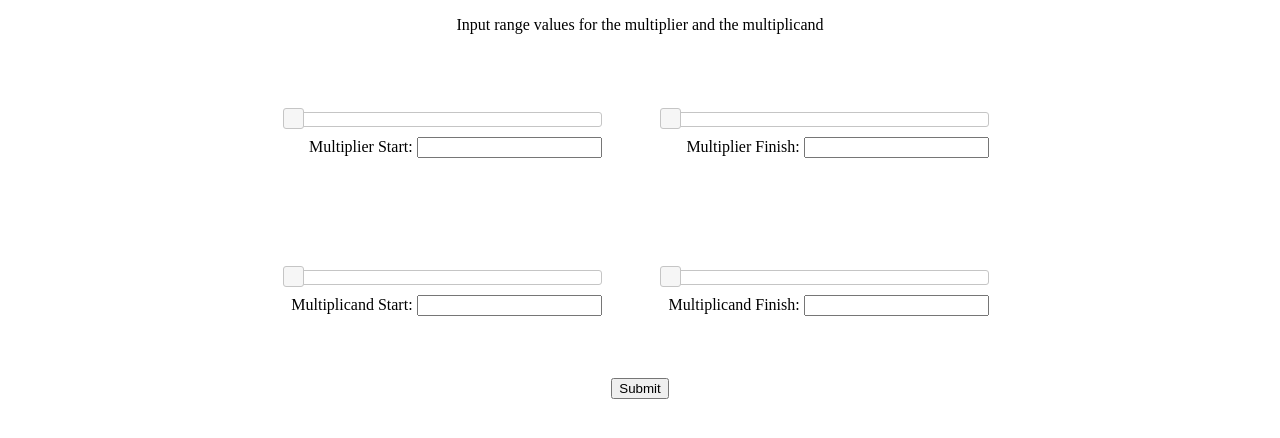
Repository: khrasna/HW4Part2
Page: index.html
The author's editor kept a copy of each file at every save. The page is drawn from the files as they stood at one save, then again after the next save.
The browser window is 1280 px wide. The pictures show the whole page.
Some web libraries are served in a nearby version.

Above is the page before, as saved 2021-11-13 16:28:03.

### index.html
<!-- HTML file for Assignment 3
By Karsten Hrasna  email Karsten_Hrasna@student.uml.edu-->
<!DOCTYPE html>
<html>

<head>
    <title>Multiplication Table</title>
    <link rel="stylesheet" href="style.css">
    <script src="https://ajax.googleapis.com/ajax/libs/jquery/3.5.1/jquery.min.js"></script>
    <script src="dist/jquery.validate.min.js"></script>
    <script src="formvalidate.js"></script>
    <script src="https://ajax.googleapis.com/ajax/libs/jqueryui/1.11.4/jquery-ui.min.js"></script>
    <link rel="stylesheet" href="https://ajax.googleapis.com/ajax/libs/jqueryui/1.11.4/themes/smoothness/jquery-ui.css">
</head>

<body>
    <p>Input range values for the multiplier and the multiplicand</p>
    <div id="container">
        <!-- Learned from W3schools. Creates a form which takes number ranges for multiplier and multiplicand. -->

        <form id="FormInput" action="javascript:void(0);" method="get"> <!--Learned about javascript:void(0) from Dutchie432 at https://stackoverflow.com/questions/1818249/form-with-no-action-and-where-enter-does-not-reload-page-->
            <table>
                <tr>

                    <td class="pad">
                        <div id="slider-1"></div>
                        Multiplier Start: <input input="text" name="MultiplierStart">
                    </td>

                    <td>
                        <div id="slider-2"></div>
                        Multiplier Finish: <input type="text" name="MultiplierFinish">
                    </td>
                </tr>
                <tr>
                    <td class="pad">
                        <div id="slider-3"></div>
                        Multiplicand Start: <input type="text" name="MultiplicandStart">
                    </td>

                    <td>
                        <div id="slider-4"></div>
                        Multiplicand Finish: <input type="text" name="MultiplicandFinish">
                    </td>
                </tr>
            </table>
            <input type="submit" value="Submit"> <!--goes directly under form and processes the input to create a mult table-->
        </form>
    </div>


</body>

</html>

### style.css
/*Created by Karsten Hrasna. email: Karsten_Hrasna@student.uml.edu*/
html,
body {
    height: 97%;
    text-align: center;
}

#slider-1,
#slider-2,
#slider-3,
#slider-4 {
    margin-bottom: 10px;
    margin-top: 10px;
}

div#container {
    display: grid;
    grid-template-columns: 100%;
    /* top row of grid holds the form for input, the rest of page holds the multiplication table*/
    grid-template-rows: minmax(90px, 15%) auto;
    height: 97%;

}

#multTable {
    margin: auto;
    border-collapse: separate;
    border-spacing: 0;
    grid-row: 2;
    /*the dynamically sized multiplication table */
    margin-top: 0px;
    border-bottom: 0px;

}

input[type=submit] {
    /* submit button under form spaced here */
    margin-top: 10px;
    margin-bottom: 0px;
}

#multTable td,
th {
    border: solid;
    border-color: black;
    min-width: 70px;
    font-size: 30px;
    height: 70px;
}


#multTable th {
    position: sticky;
    top: 0px;
    border-right: solid;
    border-right-color: white;
    border-bottom: solid;
    border-bottom-color: white;
    background-color: black;
    color: white;

}

#multTable th:first-child {
    position: sticky;
    top: 70px;
    left: 0;
}


.sticky {
    position: fixed;
    top: 0px;
    /* get the headers to stay fixed on mult table */
    width: 100%;
}

#multTable tr:first-child th:first-child {
    border: none;
    background-color: white;
}

#multTable p.inputError {
    margin: 0px;
}

form {
    grid-row: 1;
    margin-bottom: 0px;
}

table {
    margin-left: auto;
    margin-right: auto;
}

form td {
    text-align: right;
    justify-content: right;
    padding: 50px;

    /*line up the input form textboxes*/
}

form p {
    margin: 0px;
}

td.pad {
    padding-right: 15px;
}

### formvalidate.js
$(function () {

    $("#slider-1").slider();
    $("#slider-2").slider();
    $("#slider-3").slider();
    $("#slider-4").slider();

    $.validator.addMethod("less", function (value, element, params) {
        return this.optional(element) || value <= params[0].value; //checks to make sure that the starts are less than the finishes, learned from
    });                                                           // https://jqueryvalidation.org/jQuery.validator.addMethod/

    var valid = $('input[value="Submit"]').on("click", function () {
        $("#multTable").remove();

        $("#FormInput").validate({
            onkeyup: false,     //this makes it so the validator doesnt update the error messages whenever new input is typed. only validates when submit is hit.
            onfocusout: false,  //learned about onkeyup, and onfocusout at https://www.sitepoint.com/jquery-validation-validate-form-submit/
            rules: {
                MultiplierStart: {
                    digits: true,
                    less: $('input[name="MultiplierFinish"]'),
                    required: true,
                    range: [-50, 50]
                },
                MultiplierFinish: {
                    required: true,
                    digits: true,
                    range: [-50, 50]
                },

                MultiplicandStart: {
                    digits: true,
                    less: $('input[name="MultiplicandFinish"]'),
                    required: true,
                    range: [-50, 50]
                },

                MultiplicandFinish: {
                    digits: true,
                    required: true,
                    range: [-50, 50]
                }
            },

            messages: {
                MultiplierStart: {
                    digits: "Multiplier Start must be a digit",
                    required: "Multiplier Start must be a digit between -50 and 50",
                    range: "The range of Multiplier Start must stay within -50 and 50",
                    less: "The value of Multiplier Start must be less than or equal to Multiplier Finish."
                },

                MultiplierFinish: {
                    digits: "Multiplier Finish must be a digit",
                    required: "Multiplier Finish must be a digit between -50 and 50",
                    range: "The range of Multiplier Finish must stay within -50 and 50",
                },

                MultiplicandStart: {
                    digits: "Multiplicand Start must be a digit",
                    required: "Multiplicand Start must be a digit between -50 and 50",
                    range: "The range of Multiplicand Start must stay within -50 and 50",
                    less: "The value of Multiplicand Start must be less than or equal to Multiplicand Finish."
                },

                MultiplicandFinish: {
                    digits: "Multiplicand Finish must be a digit",
                    required: "Multiplicand Finish must be a digit between -50 and 50",
                    range: "The range of Multiplicand Finish must stay within -50 and 50",
                }
            },

            errorPlacement: function (error, element) {
                $(error).appendTo($(('#FormInput')));
            },
            errorElement: "p"

        });

        if ($("#FormInput").valid()) {
            process();
        }

    });

});

function process() {
    debugger;
    var multStart = $('input[name="MultiplierStart"]').val();
    var multFinish = $('input[name="MultiplierFinish"]').val();
    var multiplicandStart = $('input[name="MultiplicandStart"]').val();
    var multiplicandFinish = $('input[name="MultiplicandFinish"]').val();


    if (document.getElementById("multTable")) { //remove old table
            var old = document.getElementById("multTable");
            old.remove();
    };

     //clear old table and create a table with size based on input given
        const top = [];
        const left = []; //these will hold the values of the multiplier and multiplicand
        var rows = multFinish - multStart;
        var cols = multiplicandFinish - multiplicandStart;
        var d = document.getElementById("container");
        for (var i = 0; i <= rows; i++) {
            left[i] = (+multiplicandStart + +i); //the + before variable name turns them into integers for addition
        }
        for (var i = 0; i <= cols; i++) {
            top[i] = (+multStart + +i);
        }
        var table = createTable(rows, cols, top, left); //create table based on total rows and cols, and top and left are the sets of multipliers and multiplicands
        table.id = "multTable";
        d.append(table);
}

function createTable(rows, cols, top, left) {
    var t = document.createElement('table');
    for (var x = 0; x <= rows + 1; x++) { // rows and cols + 1 to indicate ranges of numbers
        var r = document.createElement('tr');
        t.appendChild(r);
        for (var y = 0; y <= cols + 1; y++) {   //creates the cols of the table row by row
            if (x == 0) {
                var c = document.createElement('th'); //create and insert element based on position in table
                c.id = "topHeader";
                if (y != 0) {
                    c.innerHTML = top[y - 1]; // - 1 because it is moved over 1 to the right
                }
            } else if (y == 0) {
                var c = document.createElement('th');
                if (x != 0) {
                    c.innerHTML = left[x - 1];
                }
            } else {
                var c = document.createElement('td');
                c.innerHTML = top[y - 1] * left[x - 1];
                if (((y % 2) + (x % 2)) == 0 || ((y % 2) + (x % 2)) == 2) { // checker board effect
                    c.style.backgroundColor = "gray";
                }

            }
            r.appendChild(c);
        }
    }

    return t;
}

Loaded but not shown: dist/jquery.validate.min.js (library)

After the next save:
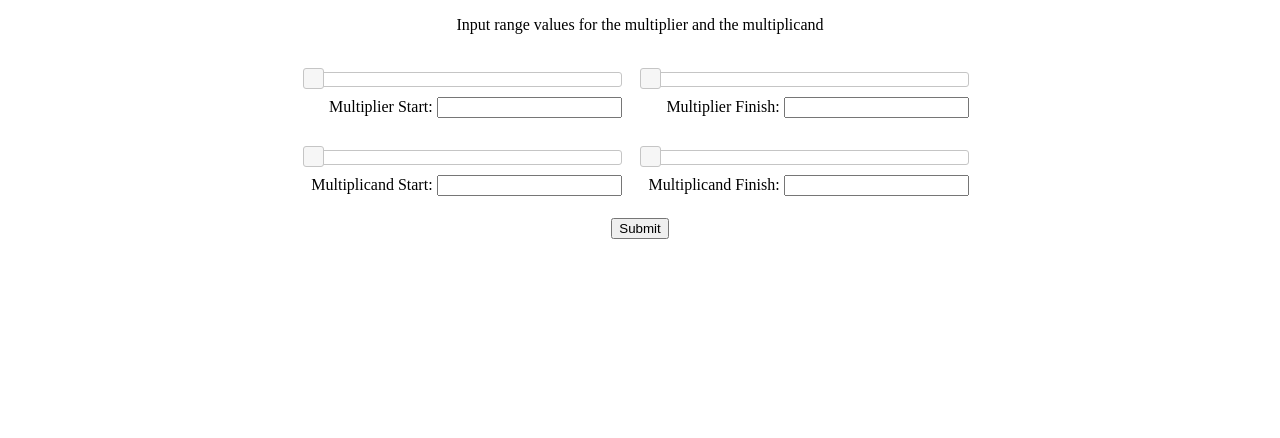
Saved 5 s later.
--- a/style.css
+++ b/style.css
@@ -97,7 +97,7 @@
 form td {
     text-align: right;
     justify-content: right;
-    padding: 50px;
+    padding: 10px;
 
     /*line up the input form textboxes*/
 }

After the 3 saves that followed:
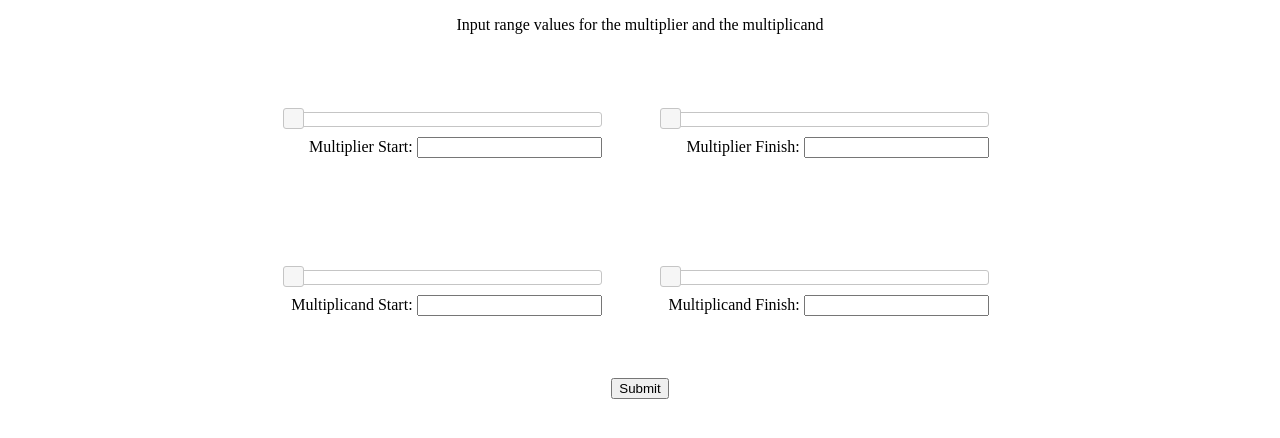
The 3 saves are shown as one change because 1 left the picture as it was and some came seconds apart.
The last was saved 27 s later.
--- a/style.css
+++ b/style.css
@@ -97,7 +97,7 @@
 form td {
     text-align: right;
     justify-content: right;
-    padding: 10px;
+    padding: 50px;
 
     /*line up the input form textboxes*/
 }
